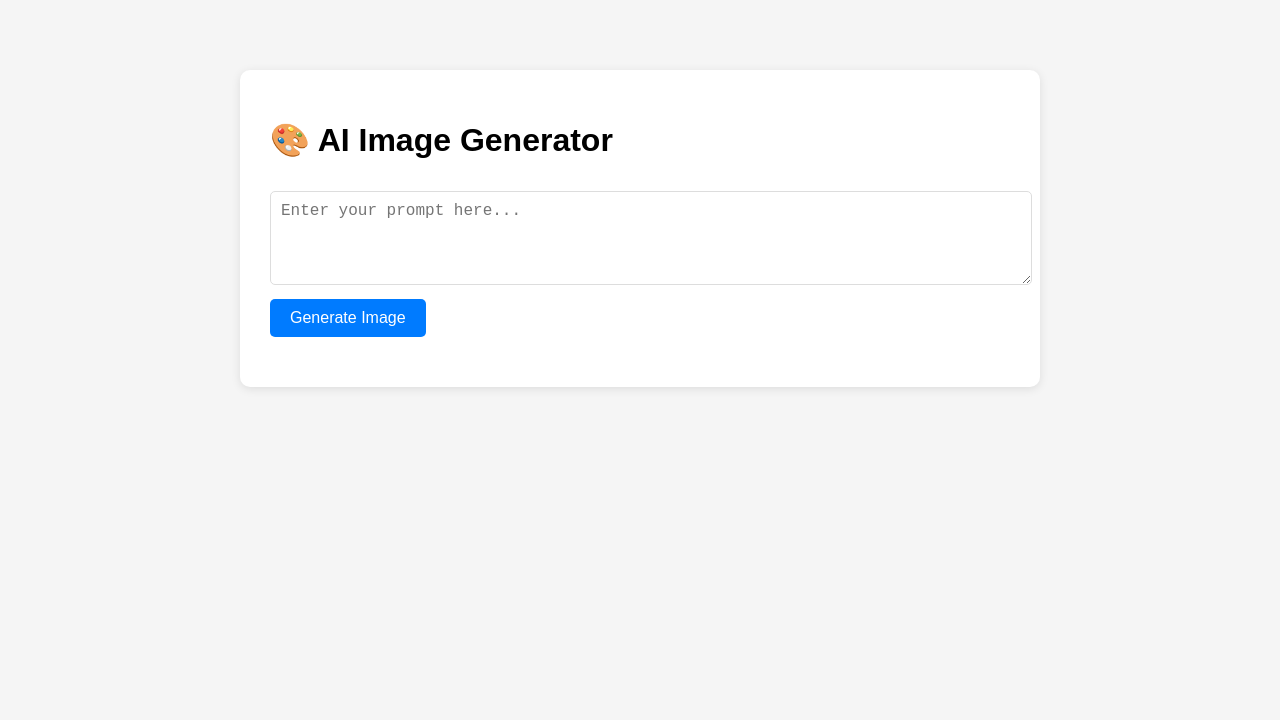
Repository: AI-Devsara01/-Real-Time-Multimodal-Communication-Platform-for-Speech-and-Hearing-Impaired-Individuals
Page: http://localhost/image_gen
The author's editor kept a copy of each file at every save. The page is drawn from the files as they stood at one save, then again after the next save.
The browser window is 1280 px wide. The pictures show the whole page.
The page is served by the project's application, run on Flask 3 (app.py).

Above is the page before, as saved 2026-04-20 17:15:47.

After the next save:
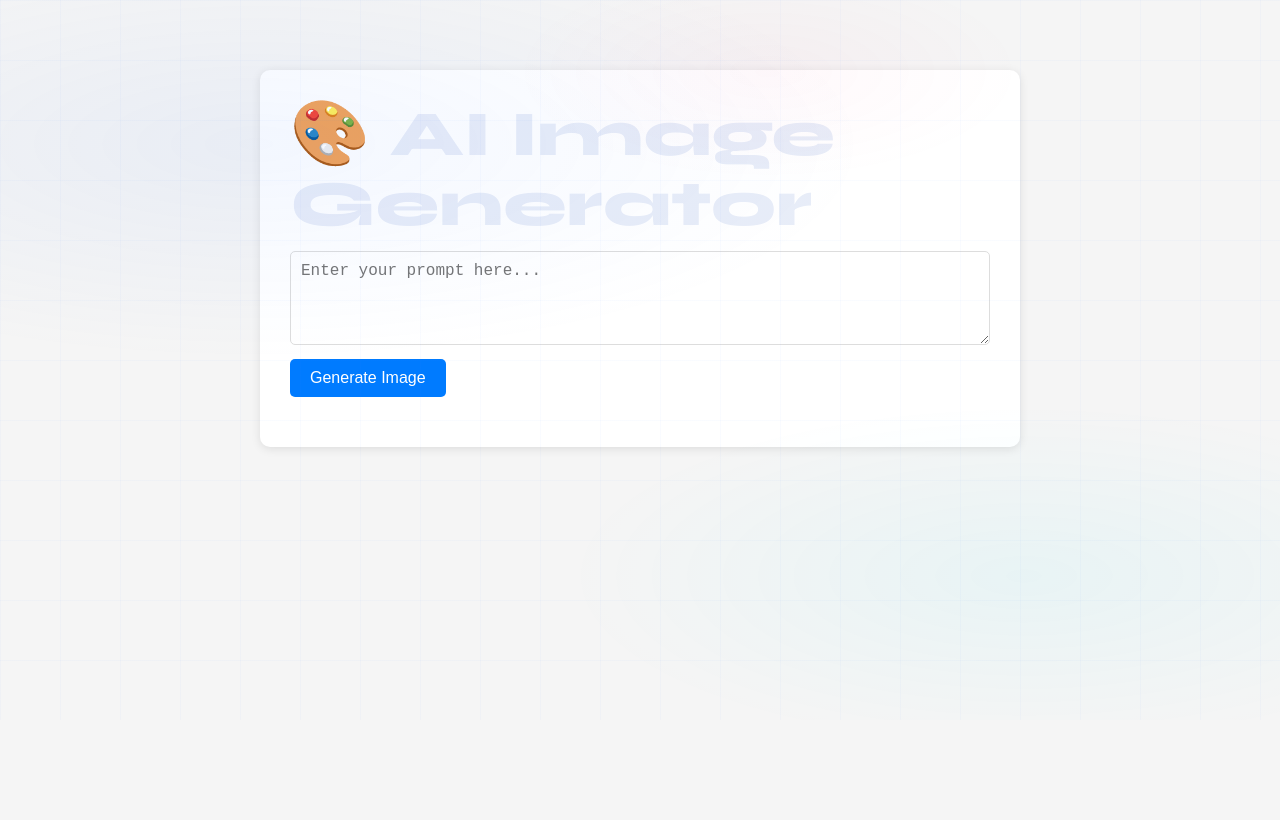
Saved 2 min 1 s later.
--- a/templates/image_gen.html
+++ b/templates/image_gen.html
@@ -4,6 +4,7 @@
 <meta charset="UTF-8">
 <meta name="viewport" content="width=device-width, initial-scale=1.0">
 <title>AI Image Generator</title>
+<link rel="stylesheet" href="/static/base.css">
 <style>
 body {
     font-family: Arial, sans-serif;
